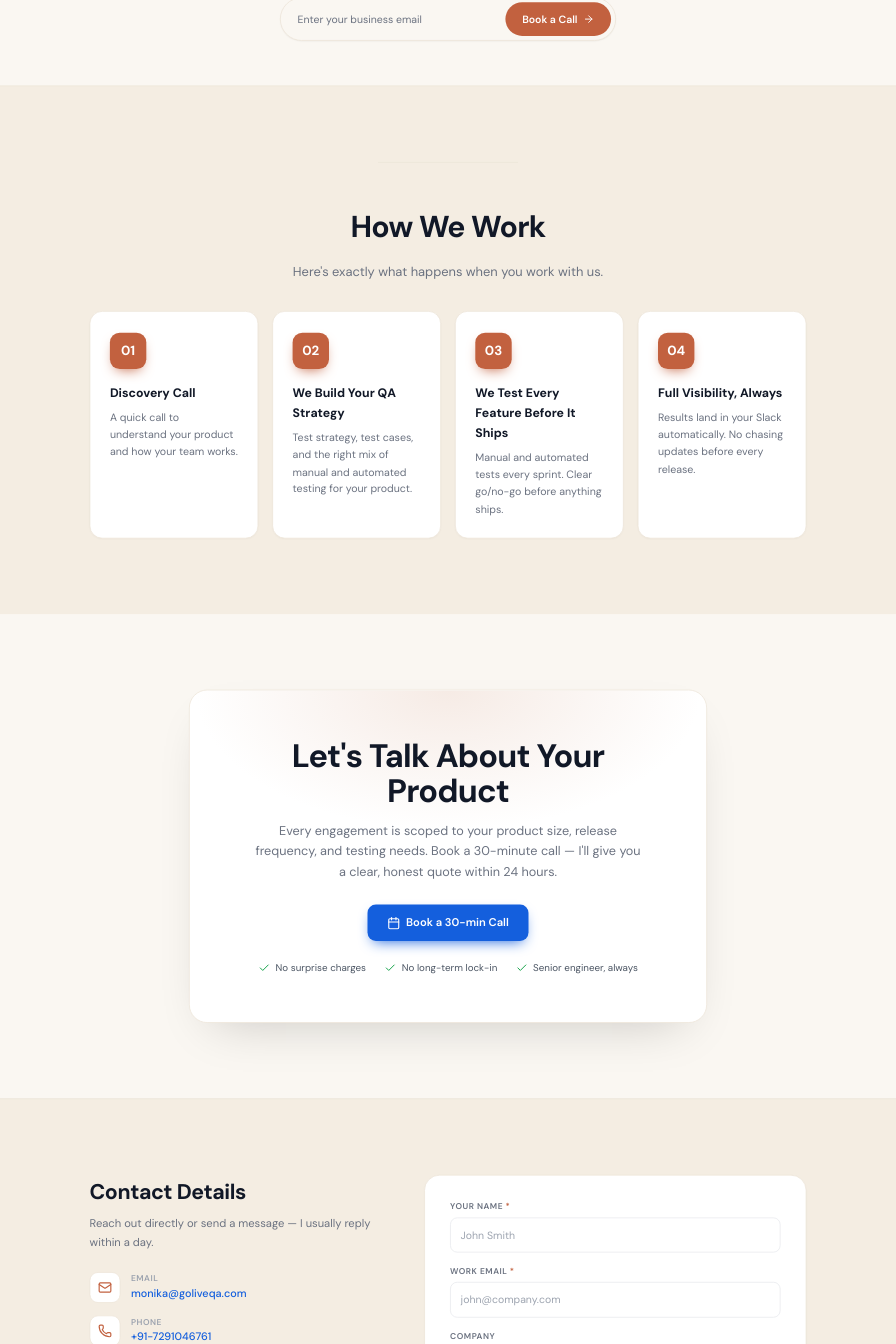
Repository: Monika281992/GoLiveQA
Page: /
An editor plug-in stored every save of this project. The page is shown before and after the next save, followed by the edit.
The browser window is 1280 px wide. The pictures show the part of the page from y = 405 to 2325 px (the page is 2944 px tall before and 2887 px after), at 70% of full size.
The project was rebuilt for these pictures with package versions that can differ from the ones it lists, and the page was loaded fresh each time. The framework's server and built-in components were replaced by stand-ins that run in the browser. Also part of the build but not shown: next.config.mjs.

Above is the page before, as saved 2026-06-27 21:38:46.

### app/layout.tsx
import type { Metadata } from "next";
import { DM_Sans, Kaushan_Script } from "next/font/google";
import "./globals.css";

const dmSans = DM_Sans({
  subsets: ["latin"],
  weight: ["300", "400", "500", "600", "700"],
  variable: "--font-sans",
  display: "swap",
});

const kaushan = Kaushan_Script({
  subsets: ["latin"],
  weight: "400",
  variable: "--font-script",
  display: "swap",
});

export const metadata: Metadata = {
  title: "GoLiveQA",
  description:
    "Senior QA engineer with 9 years of hands-on experience testing Healthcare, SaaS, AI & Real Estate products at startups across India and US. Playwright, Cypress, Postman. Available remotely.",
};

export default function RootLayout({
  children,
}: {
  children: React.ReactNode;
}) {
  return (
    <html lang="en" className={`${dmSans.variable} ${kaushan.variable}`}>
      <body className="font-sans leading-relaxed">{children}</body>
    </html>
  );
}

### app/page.tsx
import { Navbar } from "@/components/navbar";
import { Hero } from "@/components/hero";
import { Process } from "@/components/process";
import { Pricing } from "@/components/pricing";
import { Contact } from "@/components/contact";
import { Footer } from "@/components/footer";

export default function Home() {
  return (
    <div className="min-h-screen bg-surface">
      <Navbar />
      <main>
        <Hero />
        <Process />
        <Pricing />
        <Contact />
      </main>
      <Footer />
    </div>
  );
}

### app/globals.css
@tailwind base;
@tailwind components;
@tailwind utilities;

html {
  scroll-behavior: smooth;
}

body {
  background-color: #faf7f2;
  color: #4b5563;
  -webkit-font-smoothing: antialiased;
}

### components/hero.tsx
"use client";

import { useState } from "react";
import { useRouter } from "next/navigation";
import { ArrowRight } from "lucide-react";

export function Hero() {
  const router = useRouter();
  const [email, setEmail] = useState("");
  const [error, setError] = useState("");
  const [status, setStatus] = useState("idle");

  async function handleBook() {
    const trimmed = email.trim();
    if (!trimmed) {
      setError("Please enter your email address.");
      return;
    }
    const valid = /^[^\s@]+@[^\s@]+\.[^\s@]+$/.test(trimmed);
    if (!valid) {
      setError("Please enter a valid email address.");
      return;
    }
    setError("");
    setStatus("loading");
    try {
      await fetch("/api/book", {
        method: "POST",
        headers: { "Content-Type": "application/json" },
        body: JSON.stringify({ email: trimmed }),
      });
    } catch {
      // proceed to form regardless
    }
    router.push(`/book-a-call?email=${encodeURIComponent(trimmed)}`);
  }

  return (
    <section id="top" className="relative overflow-hidden">
      <div className="pointer-events-none absolute inset-0 bg-[radial-gradient(58%_46%_at_50%_-4%,#f6ebe5,transparent_72%)]" />
      <div className="relative mx-auto max-w-[840px] px-5 pb-12 pt-16 text-center sm:px-8 md:pb-16 md:pt-24 lg:px-12 lg:pt-[108px]">
        <h1 className="text-[clamp(2.5rem,7vw,4.1rem)] font-bold leading-[1.03] tracking-[-0.035em] text-ink">
          Your QA Partner
        </h1>
        <p className="mt-4 text-[clamp(1.1rem,2.5vw,1.45rem)] font-semibold text-accent">
          Startups ship faster and break less with GoLiveQA. Senior QA coverage across manual testing, automation, CI/CD, and real-time reporting.
        </p>
        <div className="mt-8 mx-auto max-w-[480px]">
          <div className={`flex items-center overflow-hidden rounded-full border bg-surface shadow-sm transition-colors ${error ? "border-red-400" : "border-hairline"}`}>
            <input
              type="email"
              value={email}
              onChange={(e) => { setEmail(e.target.value); if (error) setError(""); }}
              placeholder="Enter your business email"
              className="flex-1 bg-transparent px-6 py-3.5 text-[15px] text-body outline-none placeholder:text-muted"
            />
            <button
              type="button"
              onClick={handleBook}
              disabled={status === "loading"}
              className="m-1.5 flex items-center gap-2 rounded-full bg-accent px-6 py-3 text-[15px] font-semibold text-white disabled:opacity-70"
            >
              {status === "loading" ? "Loading…" : "Book a Call"}
              {status !== "loading" && <ArrowRight className="h-[16px] w-[16px]" />}
            </button>
          </div>
          {error && (
            <p className="mt-2 text-[13px] text-red-500">{error}</p>
          )}
        </div>
      </div>
    </section>
  );
}

### components/process.tsx
import { Card } from "@/components/ui/card";

const steps = [
  {
    n: "01",
    title: "Discovery Call",
    desc: "A quick call to understand your product and how your team works.",
  },
  {
    n: "02",
    title: "We Build Your QA Strategy",
    desc: "Test strategy, test cases, and the right mix of manual and automated testing for your product.",
  },
  {
    n: "03",
    title: "We Test Every Feature Before It Ships",
    desc: "Manual and automated tests every sprint. Clear go/no-go before anything ships.",
  },
  {
    n: "04",
    title: "Full Visibility, Always",
    desc: "Results land in your Slack automatically. No chasing updates before every release.",
  },
];

export function Process() {
  return (
    <section
      id="process"
      className="border-t border-hairline bg-surface-soft py-16 md:py-24 lg:py-[108px]"
    >
      <div className="mx-auto max-w-container px-5 sm:px-8 lg:px-12">
        <div className="mx-auto mb-14 max-w-[200px]">
          <div className="h-px w-full bg-hairline" />
        </div>
        <div className="mx-auto max-w-[660px] text-center">
          <h2 className="text-[clamp(2rem,4.4vw,2.7rem)] font-bold tracking-[-0.025em] text-ink">
            How We Work
          </h2>
          <p className="mt-4 text-[clamp(1rem,1.7vw,1.15rem)] leading-relaxed text-muted">
            Here&apos;s exactly what happens when you work with us.
          </p>
        </div>
        <div className="mt-10 grid grid-cols-1 gap-5 sm:grid-cols-2 lg:grid-cols-4">
          {steps.map((s) => (
            <Card
              key={s.n}
              className="rounded-[18px] p-7 pt-[30px] transition-all hover:-translate-y-1 hover:shadow-lift"
            >
              <div className="mb-5 flex h-[52px] w-[52px] items-center justify-center rounded-[14px] bg-accent text-[19px] font-bold text-white shadow-[0_8px_18px_-8px_#c2613f]">
                {s.n}
              </div>
              <h3 className="mb-2 text-[1.1rem] font-bold text-ink">{s.title}</h3>
              <p className="text-[0.95rem] leading-relaxed text-muted">{s.desc}</p>
            </Card>
          ))}
        </div>
      </div>
    </section>
  );
}

### components/pricing.tsx
import { Calendar, Check } from "lucide-react";
import { Button } from "@/components/ui/button";

const guarantees = [
  "No surprise charges",
  "No long-term lock-in",
  "Senior engineer, always",
];

export function Pricing() {
  return (
    <section id="pricing" className="py-16 md:py-24 lg:py-[108px]">
      <div className="mx-auto max-w-container px-5 sm:px-8 lg:px-12">
        <div className="relative mx-auto max-w-[740px] overflow-hidden rounded-[26px] border border-hairline bg-white px-6 py-10 text-center shadow-cta sm:px-14 md:py-[68px]">
          <div className="pointer-events-none absolute inset-0 bg-[radial-gradient(70%_60%_at_50%_0%,#f6ebe5,transparent_70%)]" />
          <div className="relative">
            <h2 className="text-[clamp(2rem,4.6vw,2.9rem)] font-bold leading-[1.08] tracking-[-0.025em] text-ink">
              Let&apos;s Talk About Your Product
            </h2>
            <p className="mx-auto mt-[18px] max-w-[560px] text-[clamp(1rem,1.7vw,1.13rem)] leading-relaxed text-muted">
              Every engagement is scoped to your product size, release frequency, and
              testing needs. Book a 30-minute call — I&apos;ll give you a clear, honest
              quote within 24 hours.
            </p>
            <div className="mt-8">
              <Button asChild size="lg">
                <a href="#contact">
                  <Calendar className="h-[19px] w-[19px]" />
                  Book a 30-min Call
                </a>
              </Button>
            </div>
            <div className="mt-7 flex flex-wrap justify-center gap-x-[26px] gap-y-3 text-sm text-body">
              {guarantees.map((g) => (
                <span key={g} className="inline-flex items-center gap-2">
                  <Check className="h-[17px] w-[17px] text-green-600" />
                  {g}
                </span>
              ))}
            </div>
          </div>
        </div>
      </div>
    </section>
  );
}

### components/footer.tsx
const links = [
  { label: "About", href: "#about" },
  { label: "How Can I Help", href: "#services" },
  { label: "Process", href: "#process" },
  { label: "Contact", href: "#contact" },
];

export function Footer() {
  return (
    <footer className="border-t border-hairline bg-white py-8">
      <div className="mx-auto flex max-w-container flex-wrap items-center justify-between gap-x-7 gap-y-4 px-5 sm:px-8 lg:px-12">
        <a href="#top" className="text-lg font-bold tracking-tight text-brand">
          GoLiveQA
        </a>
        <div className="flex flex-wrap gap-6">
          {links.map((l) => (
            <a
              key={l.href}
              href={l.href}
              className="text-sm text-muted transition-colors hover:text-ink"
            >
              {l.label}
            </a>
          ))}
        </div>
        <p className="text-[13.5px] text-faint">
          © 2026 GoLiveQA. All rights reserved. A boutique QA consultancy.
        </p>
      </div>
    </footer>
  );
}

### components/ui/button.tsx
import * as React from "react";
import { Slot } from "@radix-ui/react-slot";
import { cva, type VariantProps } from "class-variance-authority";
import { cn } from "@/lib/utils";

const buttonVariants = cva(
  "inline-flex items-center justify-center gap-2 whitespace-nowrap rounded-xl font-semibold transition-all focus-visible:outline-none focus-visible:ring-2 focus-visible:ring-brand/40 focus-visible:ring-offset-2 disabled:pointer-events-none disabled:opacity-50",
  {
    variants: {
      variant: {
        default:
          "bg-brand text-white shadow-brand hover:bg-brand-dark hover:-translate-y-0.5",
        outline:
          "border-[1.5px] border-brand text-brand hover:bg-brand hover:text-white",
        ghost: "text-brand hover:bg-brand/5",
      },
      size: {
        default: "h-11 px-6 text-[15px]",
        lg: "h-[52px] px-7 text-base",
        sm: "h-9 px-[18px] text-sm",
      },
    },
    defaultVariants: {
      variant: "default",
      size: "default",
    },
  }
);

export interface ButtonProps
  extends React.ButtonHTMLAttributes<HTMLButtonElement>,
    VariantProps<typeof buttonVariants> {
  asChild?: boolean;
}

const Button = React.forwardRef<HTMLButtonElement, ButtonProps>(
  ({ className, variant, size, asChild = false, ...props }, ref) => {
    const Comp = asChild ? Slot : "button";
    return (
      <Comp
        className={cn(buttonVariants({ variant, size, className }))}
        ref={ref}
        {...props}
      />
    );
  }
);
Button.displayName = "Button";

export { Button, buttonVariants };

### components/ui/card.tsx
import * as React from "react";
import { cn } from "@/lib/utils";

const Card = React.forwardRef<
  HTMLDivElement,
  React.HTMLAttributes<HTMLDivElement>
>(({ className, ...props }, ref) => (
  <div
    ref={ref}
    className={cn(
      "rounded-2xl border border-hairline bg-white shadow-card",
      className
    )}
    {...props}
  />
));
Card.displayName = "Card";

const CardHeader = React.forwardRef<
  HTMLDivElement,
  React.HTMLAttributes<HTMLDivElement>
>(({ className, ...props }, ref) => (
  <div ref={ref} className={cn("flex flex-col space-y-1.5 p-7", className)} {...props} />
));
CardHeader.displayName = "CardHeader";

const CardTitle = React.forwardRef<
  HTMLDivElement,
  React.HTMLAttributes<HTMLHeadingElement>
>(({ className, ...props }, ref) => (
  <h3
    ref={ref}
    className={cn("text-lg font-bold leading-snug text-ink", className)}
    {...props}
  />
));
CardTitle.displayName = "CardTitle";

const CardContent = React.forwardRef<
  HTMLDivElement,
  React.HTMLAttributes<HTMLDivElement>
>(({ className, ...props }, ref) => (
  <div ref={ref} className={cn("p-7 pt-0", className)} {...props} />
));
CardContent.displayName = "CardContent";

export { Card, CardHeader, CardTitle, CardContent };

### components/icons.tsx
// Inline brand glyphs not reliably present in current lucide-react builds.
export function LinkedInIcon({ className }: { className?: string }) {
  return (
    <svg viewBox="0 0 24 24" fill="currentColor" className={className} aria-hidden="true">
      <path d="M4.98 3.5C4.98 4.88 3.87 6 2.5 6S0 4.88 0 3.5 1.12 1 2.5 1 4.98 2.12 4.98 3.5zM.25 8h4.5v15H.25V8zm7.5 0h4.31v2.05h.06c.6-1.07 2.07-2.2 4.26-2.2 4.56 0 5.4 2.85 5.4 6.56V23h-4.5v-6.2c0-1.48-.03-3.38-2.06-3.38-2.07 0-2.39 1.6-2.39 3.27V23h-4.5V8z" />
    </svg>
  );
}

### tailwind.config.ts
import type { Config } from "tailwindcss";

const config: Config = {
  content: [
    "./app/**/*.{ts,tsx}",
    "./components/**/*.{ts,tsx}",
  ],
  theme: {
    extend: {
      colors: {
        // Brand action color (blue) — CTAs, links
        brand: { DEFAULT: "#145fdd", dark: "#0d46b8" },
        // Warm personal accent (terracotta) — eyebrows, badges, signature
        accent: { DEFAULT: "#c2613f", soft: "#f6ebe5" },
        // Warm surfaces
        surface: { DEFAULT: "#faf7f2", soft: "#f4ede2" },
        hairline: "#ece4d7",
        // Text
        ink: "#111827",
        body: "#4b5563",
        muted: "#6b7280",
        faint: "#9ca3af",
      },
      fontFamily: {
        sans: ["var(--font-sans)", "system-ui", "sans-serif"],
        script: ["var(--font-script)", "cursive"],
      },
      maxWidth: {
        container: "1120px",
      },
      boxShadow: {
        card: "0 1px 3px rgba(0,0,0,0.03)",
        lift: "0 20px 40px -18px rgba(0,0,0,0.16)",
        brand: "0 8px 20px -8px rgba(20,95,221,0.5)",
        photo: "0 18px 44px -22px rgba(0,0,0,0.28)",
        cta: "0 28px 70px -34px rgba(0,0,0,0.22)",
      },
    },
  },
  plugins: [],
};

export default config;

Loaded but not shown: lib/utils.ts (common file); components/navbar.tsx (185 lines, source omitted); components/contact.tsx (242 lines, source omitted)

After the next save:
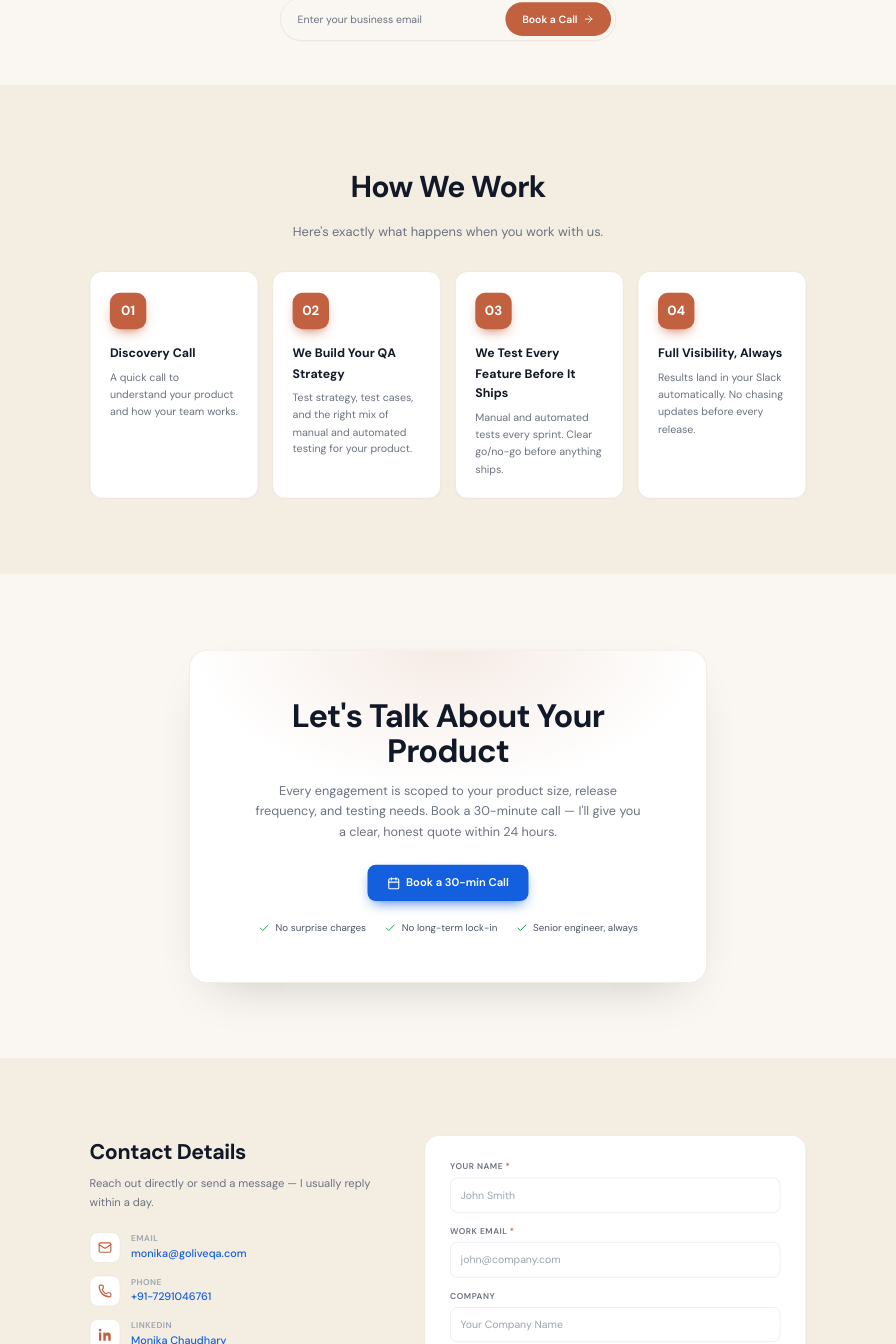
Saved 61 s later.
--- a/components/process.tsx
+++ b/components/process.tsx
@@ -30,9 +30,6 @@ export function Process() {
       className="border-t border-hairline bg-surface-soft py-16 md:py-24 lg:py-[108px]"
     >
       <div className="mx-auto max-w-container px-5 sm:px-8 lg:px-12">
-        <div className="mx-auto mb-14 max-w-[200px]">
-          <div className="h-px w-full bg-hairline" />
-        </div>
         <div className="mx-auto max-w-[660px] text-center">
           <h2 className="text-[clamp(2rem,4.4vw,2.7rem)] font-bold tracking-[-0.025em] text-ink">
             How We Work
